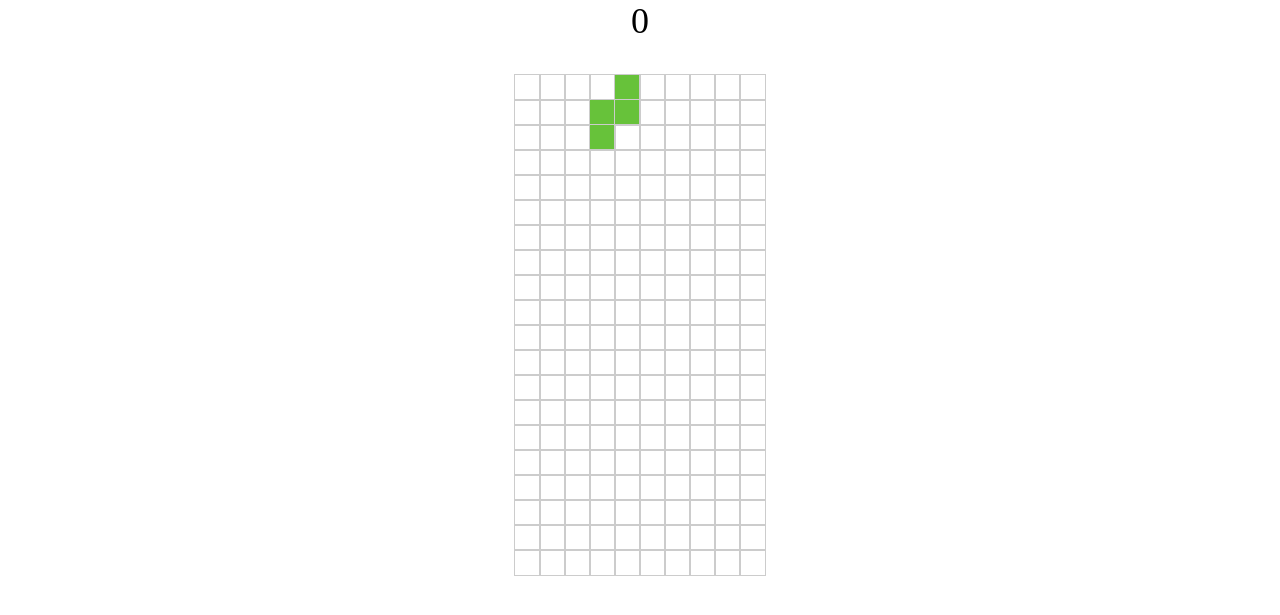
Repository: chlwpdnswku/tetris
Page: index.html
The author's editor kept a copy of each file at every save. The page is drawn from the files as they stood at one save, then again after a run of saves.
The browser window is 1280 px wide. The pictures show the whole page.

Above is the page before, as saved 2022-12-12 02:14:58.

### index.html
<!DOCTYPE html>
<html lang="en">

<head>
    <meta charset="UTF-8">
    <meta http-equiv="X-UA-Compatible" content="IE=edge">
    <meta name="viewport" content="width=device-width, initial-scale=1.0">
    <link rel="stylesheet" href="style.css">
    <title>Document</title>

</head>

<body>
    <div class="wrapper">
        <div class="score">0</div>
        <div class="playground">
            <!-- ul  -->
            <ul></ul>
        </div>

    </div>

    <script src="script.js"></script>
</body>

</html>

### style.css
* {
  margin: 0;
  padding: 0;
}
ul {
  list-style: none;
}
body {
  height: 100%;
  overflow: hidden;
}
.score {
  text-align: center;
  font-size: 36px;
  margin-bottom: 2rem;
}
.playground > ul {
  border: 1px solid #333;
  width: 250px;
  margin: 0 auto;
}
.playground > ul > li {
  width: 100%;
  height: 25%;
}

.playground > ul > li > ul {
  display: flex;
}
.playground > ul > li > ul > li {
  width: 25px;
  height: 25px;
  outline: 1px solid #ccc;
}
.tree {
  background: #67c23a;
}

### script.js
// DOM element
const playground = document.querySelector('.playground > ul');

// console.log(playground);

// setting
const GAME_ROWS = 20;
const GAME_COLS = 10;

// variables
let score = 0;
let duration = 500;
let downInterval;
let tempMovingItem;

// 좌료를 바꾸면 모양이 바뀐다.
const BLOCKS = {
  tree: [
    [
      [0, 1],
      [0, 2],
      [1, 0],
      [1, 1],
    ],
    [],
    [],
    [],
  ],
};

const movingItem = {
  type: 'tree',
  direction: 0,
  top: 0,
  left: 3,
};

// functions

init();
// 맨처음 시작하는 함수 10개의 20개의 줄을 저장
function init() {
  // 값만 가져와서 넣어줌
  tempMovingItem = { ...movingItem };
  //   movingItem.left = 3;
  //   console.log(tempMovingItem);
  for (let i = 0; i < GAME_ROWS; i++) {
    prependNewLine();
  }
  renderBlocks();
}

//
function prependNewLine() {
  const li = document.createElement('li');
  const ul = document.createElement('ul');

  for (let j = 0; j < GAME_COLS; j++) {
    const matrix = document.createElement('li');
    // ul -> li
    ul.prepend(matrix);
  }
  li.prepend(ul);
  playground.prepend(li);
}

function renderBlocks() {
  const { type, direction, top, left } = tempMovingItem;
  //   console.log(BLOCKS[type][direction]);

  const movingBlocks = document.querySelectorAll('.moving');

  //   4개의 무빙이 찍힘
  movingBlocks.forEach((moving) => {
    // 이러면 css에의해서 트리 클래스가없는 애들은 빈값이됨
    moving.classList.remove(type, 'moving');
    // console.log(moving);
  });

  // 즉 forEach 문으로
  BLOCKS[type][direction].forEach((block) => {
    const x = block[0] + left;
    const y = block[1] + top;
    // console.log({ playground });
    // ul안에 chileNodes ->이 렇게 가는거임 0번은 li임
    // target은 tree 클래스 부여 즉 tree를  class를 줘서 css 를 변경?
    const target = playground.childNodes[y]
      ? playground.childNodes[y].childNodes[0].childNodes[x]
      : null;

    const isAvailable = checkEmpty(target);
    // console.log(target);
    // 여기가 보여주는거네
    // 가능한 상태이면?
    if (isAvailable) {
      target.classList.add(type, 'moving');
    } else {
      // 원상복구 시키고 재귀함수를 호출할거임 ! 좌표를 원상태로 하고 부르기
      tempMovingItem = { ...movingItem };
      //   이벤트가 전부 실행이되고 스택을 집어넣는용도
      //   setTimeout(() => {
      //     renderBlocks();
      //   }, 0);
      renderBlocks();
    }
  });
  //   console.log(type, direction, top, left);
}
function checkEmpty(target) {
  if (!target) {
    return false;
  }
  return true;
}

// 인자들을 받고
function moveBlock(moveType, amount) {
  // left를 바꿔줌 이게 증가함에 따라 움직임 하지만 색칠이됨 이동하고
  // 남은 클래스 부분들을삭제를해야됨
  tempMovingItem[moveType] += amount;
  renderBlocks();
}

// 이벤트 핸들링 키를 움직이면 이벤트 객체가 생김 keyCode를 이용해서 각각의 함수를 실행을 시킬거임
document.addEventListener('keydown', (e) => {
  switch (e.keyCode) {
    case 39:
      moveBlock('left', 1);
      break;
    case 37:
      moveBlock('left', -1);
      break;
    case 40:
      moveBlock('top', 1);
      break;
    default:
      break;
  }
  //   console.log(e);
});

//  아래 밑에를 벗어나거나 엘리먼트를 넘어갈때 ? 에러처리 를 해줌
// childNodes[y]가 넘어갈때 target변수가 없을경우 처리해주는 방법

After the next 9 saves:
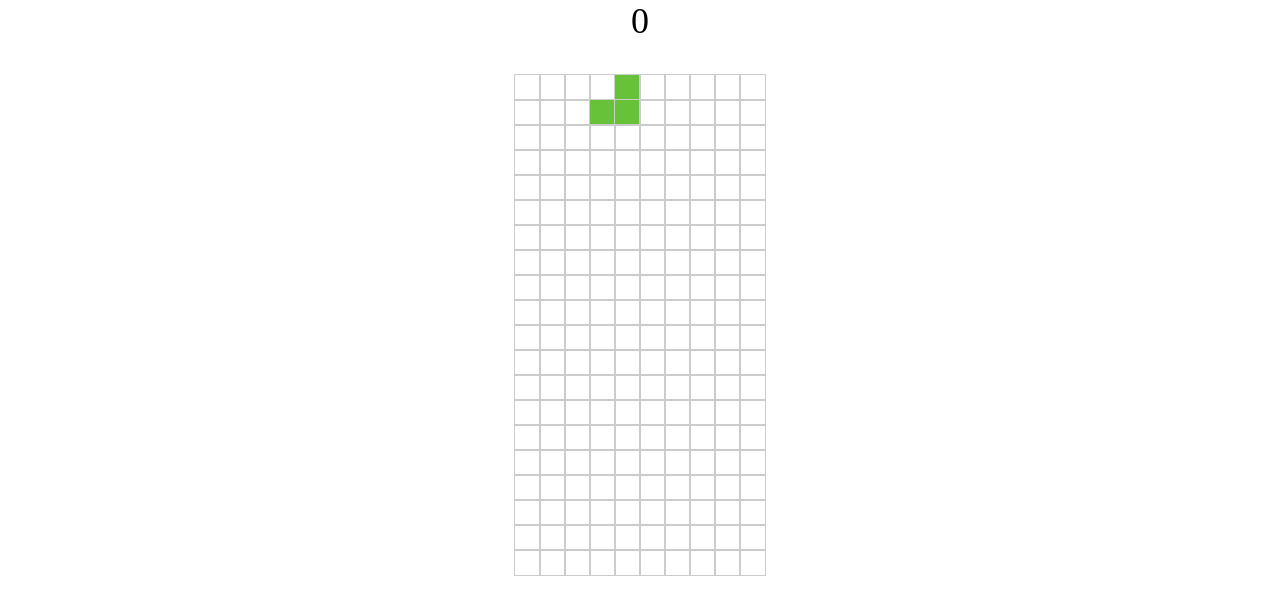
The 9 saves are shown as one change because they came seconds apart.
The last was saved 21 s later.
--- a/script.js
+++ b/script.js
@@ -18,7 +18,7 @@ const BLOCKS = {
   tree: [
     [
       [0, 1],
-      [0, 2],
+      [0, 1],
       [1, 0],
       [1, 1],
     ],
